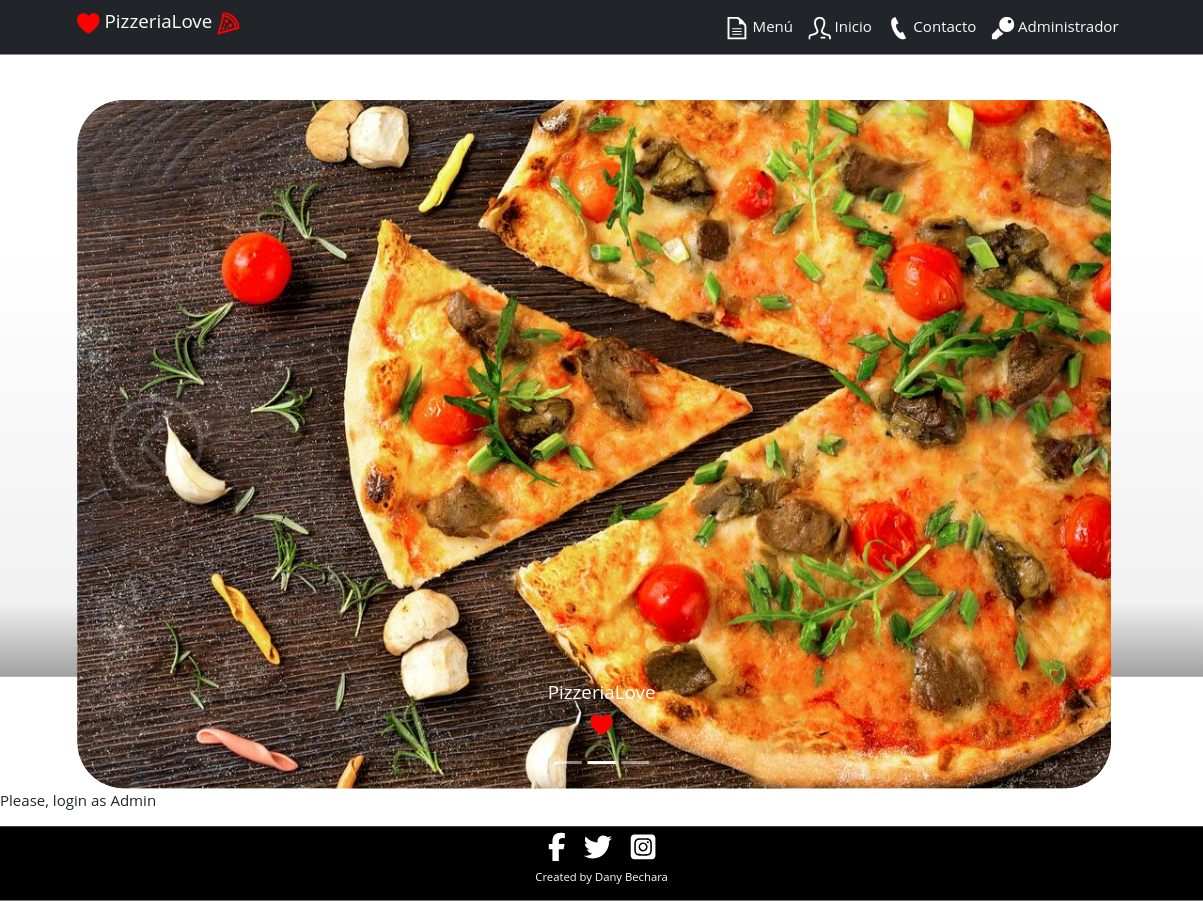
Repository: bechara611/PizzeriaLove
Page: /administrador
The author's editor kept a copy of each file at every save. The page is drawn from the files as they stood at one save, then again after a run of saves.
The browser window is 1280 px wide. The pictures show the whole page, at 94% of full size.
The page's requests for data from a server got no answer. Backgrounds fixed to the window are drawn as part of the page. The project was rebuilt for these pictures with package versions that can differ from the ones it lists, and the page was loaded fresh each time. No one was signed in, and anything a server would have sent is missing. Also part of the build but not shown: src/App.css, src/App.js, src/Componentes/Menu.css, src/Firebase/Borrar.js, src/Componentes/Menu.js, src/Componentes/FormularioAgregarMenu.css, src/Elementos/Alerta.js.

Above is the page before, as saved 2022-02-23 09:05:27.

### src/index.js
import React,{useState} from 'react';
import ReactDOM from 'react-dom';
import './index.css';
import 'bootstrap/dist/css/bootstrap.css'
import 'bootstrap/dist/js/bootstrap.bundle.min';
import Header from './Componentes/Header';
import {BrowserRouter,Route, Routes,NavLink} from 'react-router-dom'
import {App,App2} from './App';
import WebFont from 'webfontloader'
import './index.css'
import Carousel from './Componentes/Carousel';
import Menu from './Componentes/Menu';
import Footer from './Componentes/Footer';
import { FormularioAgregarMenu } from './Componentes/FormularioAgregarMenu';

WebFont.load({
  google: {
    families: ['Open Sans:400,500,700', 'Sans-serif']
  }
});

const Index = () => {
  const [administrador,cambiaradministrador]=useState(false);
  return (
  <BrowserRouter>
     <Header administrador={administrador} cambiaradministrador={cambiaradministrador}></Header>
   <Carousel></Carousel>

    <Routes>
    <Route path='/' element={<Menu borrar={false} />} ></Route>
    <Route path='/administrador' element={<FormularioAgregarMenu />} ></Route>
    <Route path='/inicio' element={<Menu borrar={false} />} ></Route>
    </Routes>
    <Footer></Footer>
    </BrowserRouter>
    );
}


ReactDOM.render(

  <Index />,
  document.getElementById('root')
);

### src/index.css
* {
  margin: 0;
  font-family:'Open Sans';
  /* Permalink - use to edit and share this gradient: https://colorzilla.com/gradient-editor/#ffffff+0,ffffff+100&1+0,0+100;White+to+Transparent */



}


body
{
  background: rgb(255,255,255);
  background: linear-gradient(180deg, rgba(255,255,255,1) 0%, rgba(255,255,255,1) 35%, rgba(242,241,241,1) 89%, rgba(10,10,10,0.38699229691876746) 100%);

  background-attachment:fixed;
}

### src/Componentes/Header.js
import {NavLink} from 'react-router-dom'
import styled from 'styled-components';
import { BotonTipoNavLink,BotonTipoNavLinkA } from '../Elementos/BotonTipoNavLink';
import {Pizza2,Administrador2,Inicio2,Menu2,Contacto2,Heart2}from '../Elementos/ImagenesSVG';
import {App,App2} from './../App';
import './Header.css'


const Header = ({cambiaradministrador},{administrador}) => {
    let url1,urladmin;
    url1="/inicio";
    urladmin='/administrador'
      return (
        <>

        <nav className="navbar navbar-expand-sm navbar-dark bg-dark  header_nav">
        <div className="container contenedor1 ">
        <div className='hijo1_header'>
         <BotonTipoNavLink to={url1} className="navbar-brand"> <Heart2 / > PizzeriaLove <Pizza2></Pizza2></BotonTipoNavLink>



        </div>
      <div className='hijo2_header'>
        <button
        className="navbar-toggler mt-2"
        type="button"
        data-bs-toggle="collapse"
        data-bs-target="#menu"
        aria-controls="menu"
        aria-expanded="false"
        aria-label="Mostrar / Ocultar Menu"
      >
        <span className="navbar-toggler-icon"></span>
      </button>

      <div className="collapse navbar-collapse" id="menu">
      <ul className="navbar-nav me-auto mb-2 mb-lg-0 header_menu">
      <li className="nav-item opcion"><a href="#menuu" className="nav-link text-light  opcion"><Menu2></Menu2> Menú</a></li>
        <li className="nav-item"><BotonTipoNavLinkA to={url1} className="nav-link text-light"><Inicio2/> Inicio</BotonTipoNavLinkA></li>
        <li className="nav-item"><BotonTipoNavLink to={url1} className="nav-link text-light"> <Contacto2 /> Contacto</BotonTipoNavLink></li>
        <li className="nav-item"><BotonTipoNavLink to={urladmin} className="nav-link text-light"> <Administrador2 /> Administrador</BotonTipoNavLink></li>
      </ul>

    </div>
    </div>
        </div>

      </nav>

      </>
       );
    }

    export default Header;

### src/Componentes/Carousel.js
import { Heart2 } from '../Elementos/ImagenesSVG'
import imagen1 from './../Imagenes/carousel1.jpg'
import imagen2 from './../Imagenes/carousel2.jpg'
import imagen3 from './../Imagenes/carousel3.jpg'
import './Carousel.css'
const Carousel = () => {
    return (

        <>
<section className="main">
  <div className="container">
    <div className="row mt-5">
      <div className="col">
        <div className="carousel slide carousel-fade" id="mi-carousel" data-bs-ride="carousel">
          <div className="carousel-inner">
            <div className="carousel-item active">
            <div className="carousel-caption">
            <h5>PizzeriaLove</h5>
            <p><Heart2></Heart2></p>
          </div>
              <img className="img-fluid" src={imagen1} alt='' />
            </div>

            <div className="carousel-item" data-bs-interval="5000">
              <div className="carousel-caption">
                <h5>PizzeriaLove</h5>
                <p><Heart2></Heart2></p>
              </div>
              <img className="img-fluid" src={imagen2}  alt=''/>
            </div>
            <div className="carousel-item">
            <div className="carousel-caption">
            <h5>PizzeriaLove</h5>
            <p><Heart2></Heart2></p>
          </div>
            <img className="img-fluid" src={imagen3} alt='' />
            </div>
          </div>



          <button
            className="carousel-control-prev botonprev"
            type="button"
            data-bs-target="#mi-carousel"
            data-bs-slide="prev"
          >
            <span className="carousel-control-prev-icon  icono" aria-hidden="true"></span>
            <span className="visually-hidden">Prev</span>
          </button>
          <button
            className="carousel-control-next"
            type="button"
            data-bs-target="#mi-carousel"
            data-bs-slide="next"
          >
            <span className="carousel-control-next-icon icono" aria-hidden="true"></span>
            <span className="visually-hidden">Next</span>
          </button>




          <div className="carousel-indicators">
            <button
              type="button"
              className="active"
              data-bs-target="#mi-carousel"
              data-bs-slide-to="0"
              aria-label="Slide 1"
            ></button>
            <button
              type="button"
              className=""
              data-bs-target="#mi-carousel"
              data-bs-slide-to="1"
              aria-label="Slide 2"
            ></button>
            <button
              type="button"
              className=""
              data-bs-target="#mi-carousel"
              data-bs-slide-to="2"
              aria-label="Slide 3"
            ></button>
          </div>
        </div>
      </div>
    </div>
  </div>

</section>


        </>
     );
}

export default Carousel;

### src/Componentes/Footer.js
import styled from "styled-components";
import './Footer.css'
import { FontAwesomeIcon } from '@fortawesome/react-fontawesome'
import { faCoffee } from '@fortawesome/free-solid-svg-icons'
import {  faFacebookF,faInstagramSquare,faTwitter } from '@fortawesome/free-brands-svg-icons';
import useObtenerMenu from "../Hooks/useObtenerMenu";


const Footer = () => {
    let face='https://www.facebook.com';
    let insta='https://www.instagram.com';
    let twitter='https://www.twitter.com';
    let nuevaPestana="_blank"

    return (
        <>
        <div className="container-fluid " >
        <div className="row fila">
        <footer className="col-12 footer">
        <a href={face} target={nuevaPestana} className='face'><FontAwesomeIcon icon={faFacebookF}/></a>
        <a href={twitter} target={nuevaPestana} className='twitter'><FontAwesomeIcon icon={faTwitter}/></a>
        <a href={insta} target={nuevaPestana} className='instagram'><FontAwesomeIcon icon={faInstagramSquare}/></a>

        </footer>
        <p className="col-12">Created by Dany Bechara</p>
        </div>
        </div>
        </>
     );
}

export default Footer;

### src/Componentes/FormularioAgregarMenu.js
import './FormularioAgregarMenu.css'
import React,{useEffect,useState} from 'react'
import styled from 'styled-components'
import { db,app } from '../Firebase/FirebaseConfig';
import { addDoc,collection } from 'firebase/firestore';
import Alerta from '../Elementos/Alerta';
import Menu from './Menu';





const FormularioAgregarMenu = () => {
    const [platos2,cambiarplatos2]=useState([{}])
    const [precio,cambiarPrecio]=useState('');
    const [categoria,cambiarCategoria]=useState('');
    const [plato,cambiarPlato]=useState('');
    const [AlertaGenerada,CambiarAlertaGenerada]=useState(false);
    const [acceder,CambiarAcceder]=useState(false);

    const Registrar =async () => {
        try {
            await addDoc(collection(db,'menu'),
        {
            categorias:categoria,
            plato:plato,
            precio:precio
        })
        cambiarPlato('');
        cambiarCategoria('');
        cambiarPrecio('')
        CambiarAlertaGenerada(true);
        } catch (error) {
            console.log(error)
        }

    }



    return (
        <>
       {acceder===true ?
         <>
         <div className="container my-5 contenedor_formulario">
     <h2 className='my-3 text-center'>Create a new pizza</h2>
     {AlertaGenerada && <Alerta CambiarAlertaGenerada={CambiarAlertaGenerada} valorr={3}></Alerta>}
        <form action="" className='' onSubmit={(e)=>{
            e.preventDefault();
            Registrar();
        }}>
        <div className="row">
        <div className="col-12">
        <label htmlFor='plato' className="form-label">New plate</label>
            <input value={plato} required type="text" className='form-control' name="plato" id="plato" aria-describedby='ayuda-plato'
            onChange={(e)=>{
                cambiarPlato(e.target.value)
            }}/>
            <div id="ayuda-plato" className="form-text">
            Please, insert the new plate.
            </div>
            </div>
            <div className="col-6">
            <label htmlFor='categorias' className="form-label">Category</label>
            <input required value={categoria} type="text" className='form-control' name="categorias" id="categorias" aria-describedby='ayuda-categorias'
            onChange={(e)=>{
                cambiarCategoria(e.target.value)
            }} />
            <div id="ayuda-plato" className="form-text">
            Please, insert the categoria.
            </div>
            </div>
            <div className="col-6">
            <label htmlFor='precio' className="form-label">Price</label>
            <input required value={precio} type="text" className='form-control' name="precio" id="precio" aria-describedby='ayuda-number'
             onChange={(e)=>{
                cambiarPrecio(e.target.value.replace(/[^0-9.]/g,''));
            }}/>
            <div id="ayuda-number" className="form-text">
            Please, insert the price.
            </div>

            </div>




        </div>
        <div className="row">
        <div className="col-12 my-4">  <button type='submit' className=' btn btn-primary col-12'>INSERT</button></div>
        </div>
            </form>
        </div>

        <Menu borrar={true}></Menu>
         </>
         :
          <><p>Please, login as Admin</p></>}

        </>
         );

}

export {FormularioAgregarMenu}

### src/Elementos/BotonTipoNavLink.js
import styled from "styled-components"
import { NavLink } from "react-router-dom"
    const BotonTipoNavLink = styled(NavLink)`
    &:hover
    {
      text-decoration: underline;
      color: black;
    }
    `

    const BotonTipoNavLinkA=styled(BotonTipoNavLink)`
    text-decoration: none;
      color: black;
      cursor:pointer;
    `
    export {BotonTipoNavLink,BotonTipoNavLinkA}

### src/Elementos/ImagenesSVG.js
import styledComponents from 'styled-components';
import {ReactComponent as Pizza} from './../Imagenes/Pizza.svg'
import {ReactComponent as Inicio} from './../Imagenes/Inicio.svg'
import {ReactComponent as Menu} from './../Imagenes/Menu.svg'
import {ReactComponent as Administrador} from './../Imagenes/Administrador.svg'
import {ReactComponent as Contacto} from './../Imagenes/Contacto.svg'
import {ReactComponent as Heart} from './../Imagenes/Heart.svg'
import {ReactComponent as Trash} from './../Imagenes/Trash.svg'
const Pizza2 = styledComponents(Pizza)`
font-size:10px;
z-index: 1;
color:white;
fill:red;

`;
const Inicio2 = styledComponents(Inicio)`
font-size:10px;
z-index: 1;
color:white;
fill:white;

`;
const Menu2 = styledComponents(Menu)`
font-size:10px;
z-index: 1;
color:white;
fill:white;

`;
const Administrador2 = styledComponents(Administrador)`
font-size:10px;
z-index: 1;
color:white;
fill:white;

`;

const Contacto2 = styledComponents(Contacto)`
font-size:10px;
z-index: 1;
color:white;
fill:white;

`;

const Heart2 = styledComponents(Heart)`
font-size:10px;
z-index: 1;
color:white;
fill:red;

`;

const Trash2=styledComponents(Trash)`
fill:blue;
cursor:pointer;
`

export {Pizza2,Administrador2,Inicio2,Menu2, Contacto2,Heart2,Trash2}

### src/Componentes/Header.css

*{
   box-sizing: border-box;
   margin: 0;
   padding: 0;


}
.header_nav2
{
    /* margin-top: -8px; */
    background: -moz-linear-gradient(top,  rgba(211,126,128,1) 0%, rgba(146,171,207,0) 76%, rgba(134,179,222,0) 90%, rgba(125,185,232,0) 100%); /* FF3.6-15 */
background: -webkit-linear-gradient(top,  rgba(211,126,128,1) 0%,rgba(146,171,207,0) 76%,rgba(134,179,222,0) 90%,rgba(125,185,232,0) 100%); /* Chrome10-25,Safari5.1-6 */
background: linear-gradient(to bottom,  rgba(211,126,128,1) 0%,rgba(146,171,207,0) 76%,rgba(134,179,222,0) 90%,rgba(125,185,232,0) 100%); /* W3C, IE10+, FF16+, Chrome26+, Opera12+, Safari7+ */
filter: progid:DXImageTransform.Microsoft.gradient( startColorstr='#d37e80', endColorstr='#007db9e8',GradientType=0 ); /* IE6-9 */


}
body
{
    /* background: url(./../Imagenes/textura.png);
	background-repeat: repeat;
	background-attachment: fixed; */
}

.nav
{


}

.contenedor12
{

    /* min-height: 300px;  */
}

.hijo1_header
{
    align-self: start;
    /* margin-top: 2%; */

}
.hijo2_header
{
    /* margin-top: 2%; */
    align-self: start;
}
.header_menu
{

}

.opcion
{
text-decoration: dotted;
display: inline-block;
opacity: 1;

}



.opcion:hover
{
    text-decoration: underline;
}

.opcion:link
{
color: green;
}

### src/Componentes/Carousel.css
.carousel-inner{border-radius: 50px;}
.carousel-item{border-radius: 50px;}
.img-fluid{border-radius: 50px;}
.icono {
    height: 100px;
    width: 100px;

      /*shape border*/
      border: 5px solid white;
      border-radius: 50%; /*zero for square */
      opacity: 0.3;
      /*symbol */
      color: BLACK;



}
.icono:hover{opacity: 1;}

### src/Firebase/FirebaseConfig.js
import { initializeApp } from "firebase/app";
import { getAnalytics } from "firebase/analytics";
import { getFirestore } from "firebase/firestore";
import { getAuth, createUserWithEmailAndPassword } from "firebase/auth";

const firebaseConfig2 = {
    apiKey: "AIzaSyDhYuWK_8Uy4S-BtkFmFfityIjQnt4M3Is",
    authDomain: "pizzerialove-00.firebaseapp.com",
    projectId: "pizzerialove-00",
    storageBucket: "pizzerialove-00.appspot.com",
    messagingSenderId: "356504995914",
    appId: "1:356504995914:web:c5fee404edbf5f32affeb3",
    measurementId: "G-CK1N9HMEKD"
  };


    const firebaseConfig = {
      apiKey:process.env.REACT_APP_FIREBASE_API_KEY,
      authDomain:process.env.REACT_APP_FIREBASE_AUTH_DOMAIN,
      projectId:process.env.REACT_APP_FIREBASE_PROJECT_ID,
      storageBucket:process.env.REACT_APP_FIREBASE_STORAGE_BUCKET,
      messagingSenderId:process.env.REACT_APP_FIREBASE_MESSAGING_SENDER_ID,
      appId:process.env.REACT_APP_FIREBASE_APP_ID,
      measurementId:process.env.REACT_APP_FIREBASE_MEASUREMENT_ID
    };



// Initialize Firebase
const app = initializeApp(firebaseConfig);
const analytics = getAnalytics(app);
const db= getFirestore();
const auth=getAuth();

export {app,analytics,db,auth};

### src/Hooks/useObtenerMenu.js
import React,{useEffect,useState} from 'react'
import { db } from '../Firebase/FirebaseConfig';
import { collection,onSnapshot } from 'firebase/firestore';

const useObtenerMenu = () => {
    const [platos,cambiarplatos]=useState([{}])
    useEffect(()=>{

            const FuncionObtenerMenu=onSnapshot(collection(db,'menu'), (snapShot)=>{

               let vectormenu=snapShot.docs.map((documento)=>{
                  // console.log(documento.id)
                    return {...documento.data(),id:documento.id}
                })
              //  console.log(vectormenu);
                cambiarplatos(vectormenu)
            })





          },[])
          return [platos,cambiarplatos]
}

export default useObtenerMenu;

### src/Componentes/Footer.css
.footer
{
    display: flex;
    flex-direction: row;
    justify-content: center;

}
.fila
{
    display: flex;
    justify-content: center;
    text-align: center;
    background: black;
    font-size: 12px;
}
.fila p
{

color: white;
}
.footer a{
    text-decoration: none;
font-size: 30px;
display: inline-block;
color: white;
margin: 0 10px;
}
.face:hover{color: blue;}
.twitter:hover{color: lightblue;}
.instagram:hover{color:#fcaf45}

Loaded but not shown: public/index.html (common file)

After the next 3 saves:
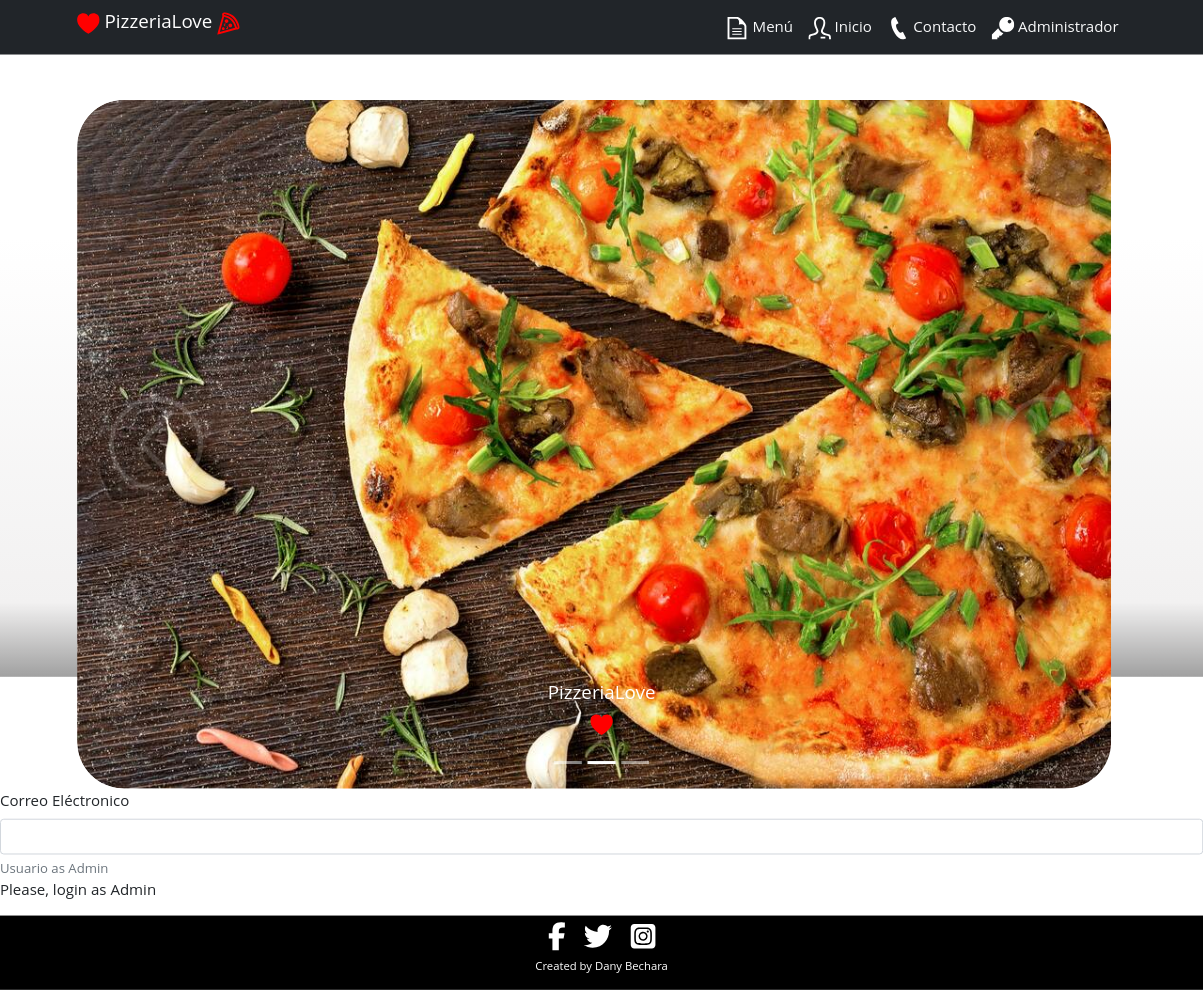
The 3 saves are shown as one change because 2 did not build or start.
The last was saved 3 min 59 s later.
--- a/src/Componentes/FormularioAgregarMenu.js
+++ b/src/Componentes/FormularioAgregarMenu.js
@@ -40,6 +40,14 @@ const FormularioAgregarMenu = () => {
 
     return (
         <>
+        <form action="">
+    <label htmlFor="correo" class="form-label">Correo Eléctronico</label>
+        <input type="text" name="usuario" id="usuario" className='form-control' aria-describedby='usuario' />
+        <div id="usuario" class="form-text">
+         Usuario as Admin
+        </div>
+         </form>
+
        {acceder===true ?
          <>
          <div className="container my-5 contenedor_formulario">
